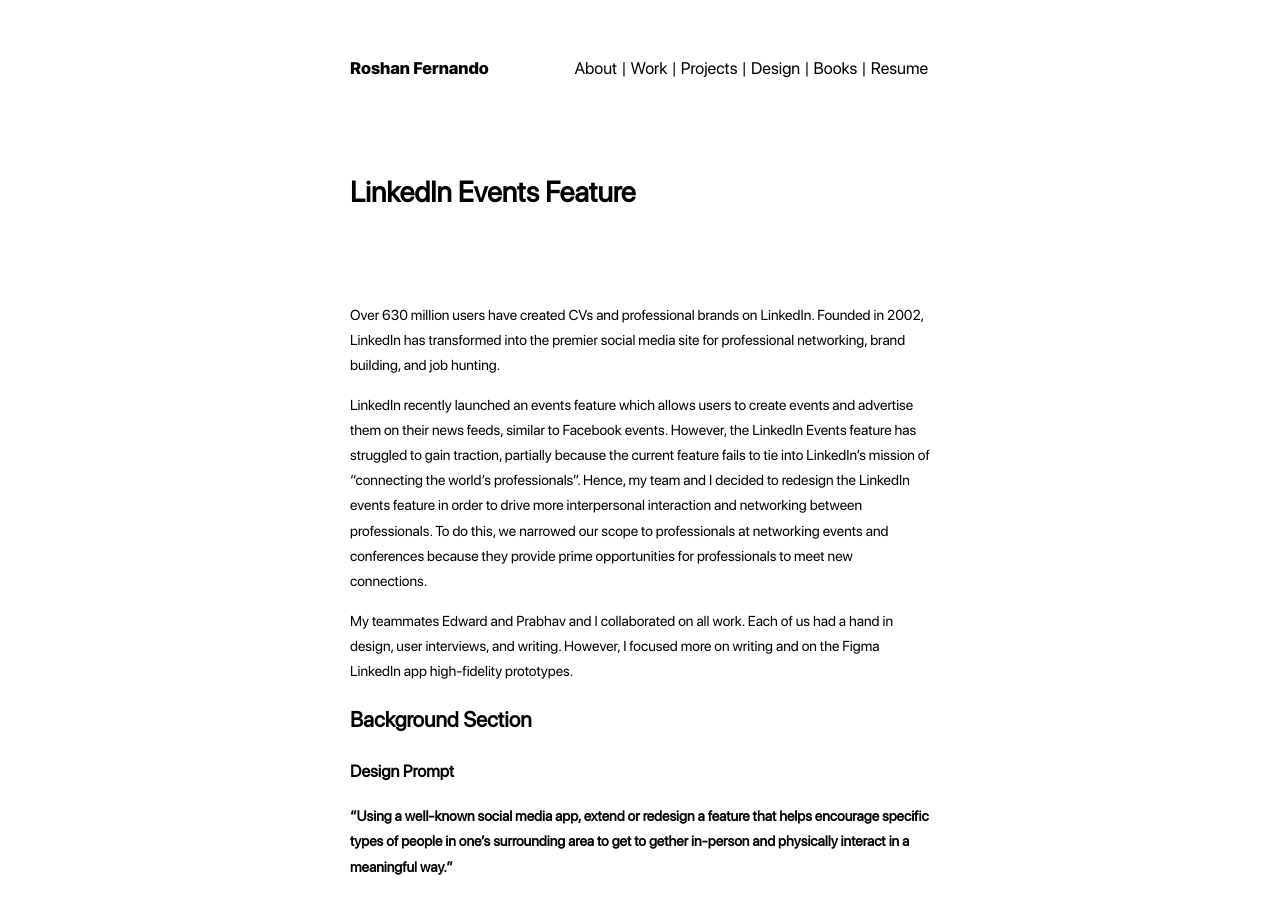
Repository: rdf004/rdf004.github.io
Page: /case1
An editor plug-in stored every save of this project. The page is shown before and after the next save, followed by the edit.
The browser window is 1280 px wide. The pictures show the whole page.
The project was rebuilt for these pictures with package versions that can differ from the ones it lists, and the page was loaded fresh each time. Also part of the build but not shown: src/Components/About.js, src/Components/Work.js, src/Components/Projects.js, src/Components/Design.js, src/Components/Books.js, src/Components/Resume.js.

Above is the page before, as saved 2019-11-20 21:01:37.

After the next save:
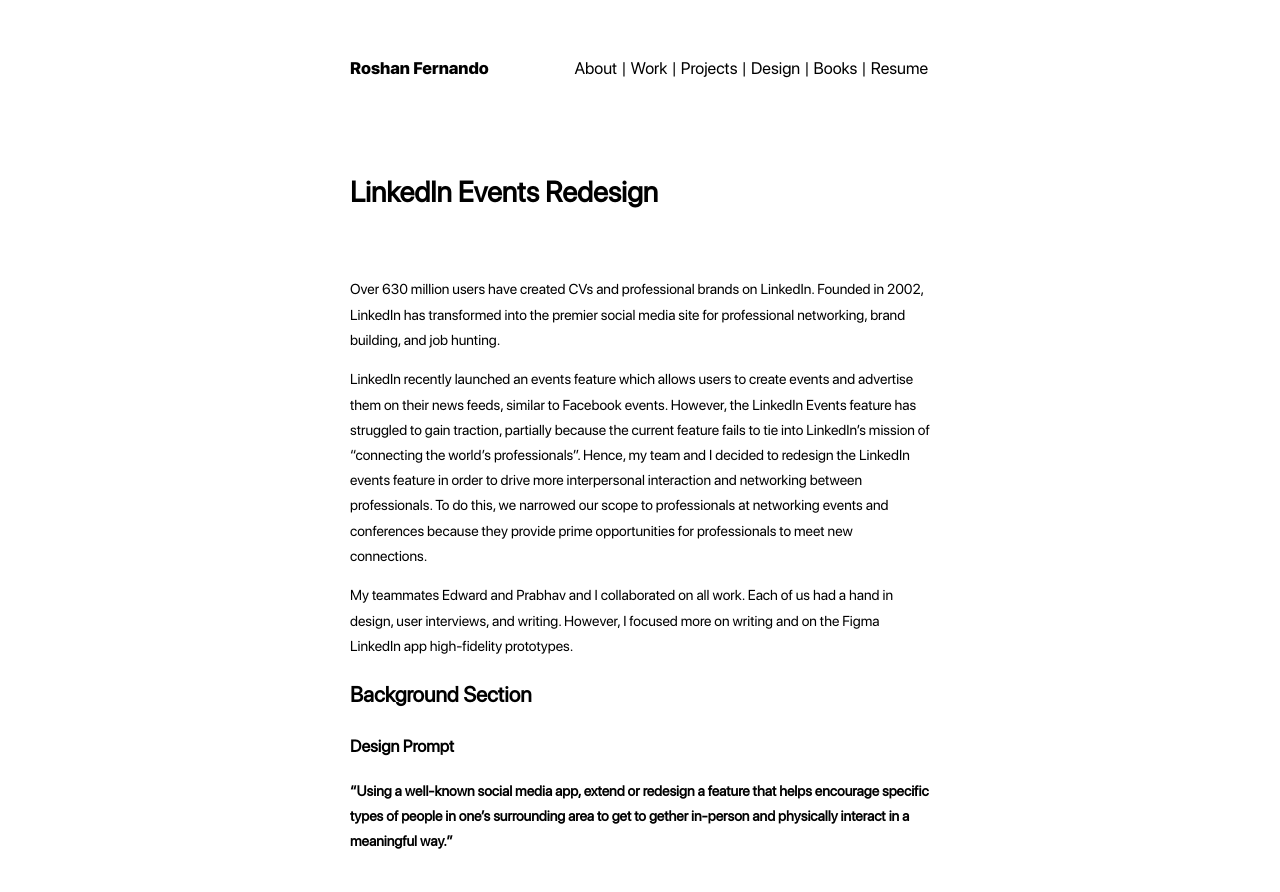
Saved 7 s later.
--- a/src/Components/Case1.js
+++ b/src/Components/Case1.js
@@ -12,7 +12,7 @@
             <div className="grid-container">
                 <Header className="header"/>
                 <p className="page-content">
-                    <h1>LinkedIn Events Feature</h1><br/><br/>
+                    <h1>LinkedIn Events Redesign</h1><br/>
                     <p>Over 630 million users have created CVs and professional brands on LinkedIn. Founded in 2002, LinkedIn has transformed into the premier social media site for professional networking, brand building, and job hunting.</p>
                     <p>LinkedIn recently launched an events feature which allows users to create events and advertise them on their news feeds, similar to Facebook events. However, the LinkedIn Events feature has struggled to gain traction, partially because the current feature fails to tie into LinkedIn’s mission of “connecting the world’s professionals”. Hence, my team and I decided to redesign the LinkedIn events feature in order to drive more interpersonal interaction and networking between professionals. To do this, we narrowed our scope to professionals at networking events and conferences because they provide prime opportunities for professionals to meet new connections.</p>
                     <p>My teammates Edward and Prabhav and I collaborated on all work. Each of us had a hand in design, user interviews, and writing. However, I focused more on writing and on the Figma LinkedIn app high-fidelity prototypes.</p>
